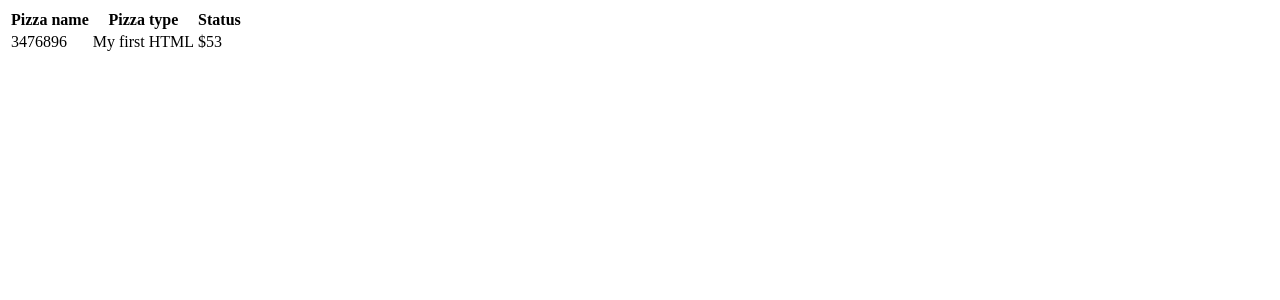
Repository: lukas77pro/html_css_js
Page: html/Test/WebContent/Tabela.html
The author's editor kept a copy of each file at every save. The page is drawn from the files as they stood at one save, then again after the next save.
The browser window is 1280 px wide. The pictures show the whole page.

Above is the page before, as saved 2015-07-10 11:46:21.

### html/Test/WebContent/Tabela.html
<!DOCTYPE html>
<html>
<head>
<meta charset="UTF-8">
<title>Insert title here</title>
</head>
<body>
 <table>
  <tr>
    <th>Pizza name</th>
    <th>Pizza type</th>
    <th>Status</th>
  </tr>
  <tr>
    <td>3476896</td>
    <td>My first HTML</td>
    <td>$53</td>
  </tr>
</table>
</body>
</html>

After the next save:
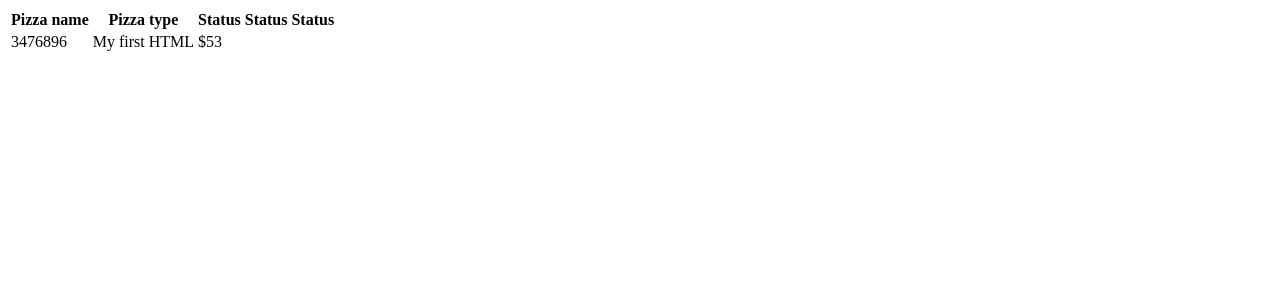
Saved 7 s later.
--- a/html/Test/WebContent/Tabela.html
+++ b/html/Test/WebContent/Tabela.html
@@ -5,17 +5,19 @@
 <title>Insert title here</title>
 </head>
 <body>
- <table>
-  <tr>
-    <th>Pizza name</th>
-    <th>Pizza type</th>
-    <th>Status</th>
-  </tr>
-  <tr>
-    <td>3476896</td>
-    <td>My first HTML</td>
-    <td>$53</td>
-  </tr>
-</table>
+	<table>
+		<tr>
+			<th>Pizza name</th>
+			<th>Pizza type</th>
+			<th>Status</th>
+			<th>Status</th>
+			<th>Status</th>
+		</tr>
+		<tr>
+			<td>3476896</td>
+			<td>My first HTML</td>
+			<td>$53</td>
+		</tr>
+	</table>
 </body>
 </html>
